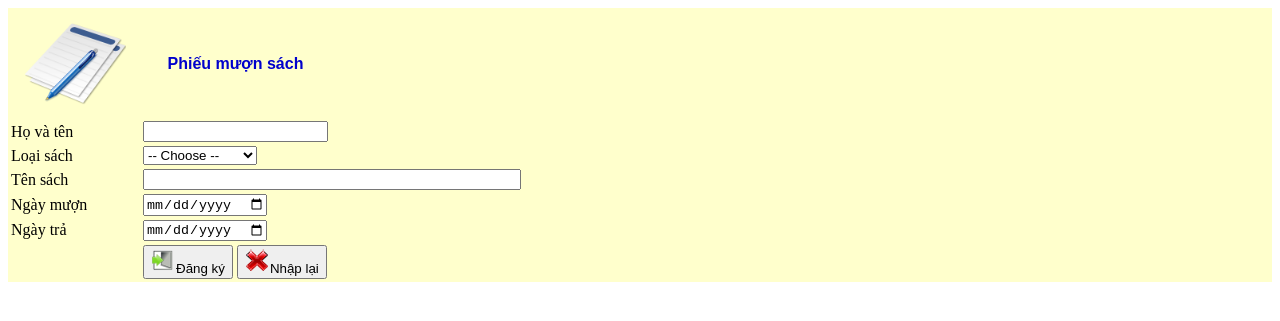
Repository: AnhDuc0125/HTML-Aptech
Page: bt2092-b2/index.html
The author's editor kept a copy of each file at every save. The page is drawn from the files as they stood at one save, then again after the next save.
The browser window is 1280 px wide. The pictures show the whole page.

Above is the page before, as saved 2021-12-03 20:44:02.

After the next save:
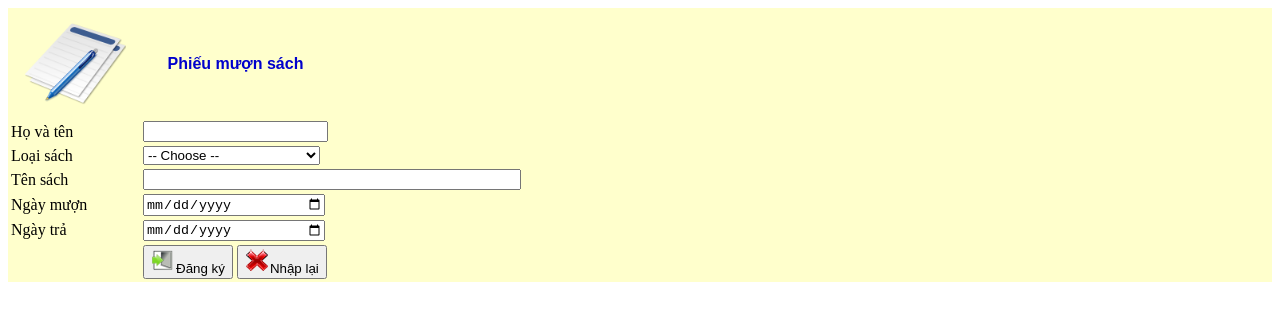
Saved 14 s later.
--- a/bt2092-b2/index.html
+++ b/bt2092-b2/index.html
@@ -24,7 +24,7 @@
                         </tr>
                         <tr>
                             <td><label for="sach">Loại sách</label></td>
-                            <td><select name="sach" id="book_id">
+                            <td><select class="width" name="sach" id="book_id">
                                 <option value="">-- Choose --</option>
                                 <option value="1">Trinh thám</option>
                                 <option value="2">Công nghệ</option>
@@ -37,11 +37,11 @@
                         </tr>
                         <tr>
                             <td><label for="date">Ngày mượn</label></td>
-                            <td><input type="date"></td>
+                            <td><input class="width" type="date"></td>
                         </tr>
                         <tr>
                             <td><label for="date1">Ngày trả</label></td>
-                            <td><input type="date"></td>
+                            <td><input class="width" type="date"></td>
                         </tr>
                         <tr>
                             <td></td>

After the save that followed:
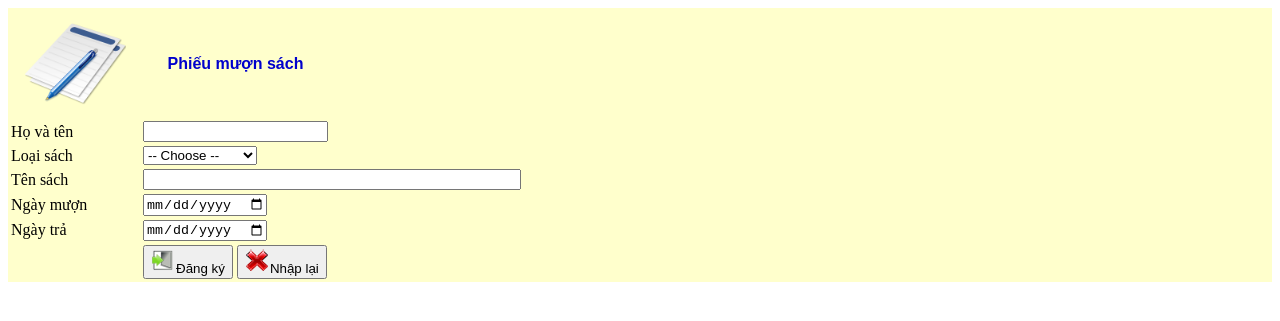
Saved 11 s later.
--- a/bt2092-b2/index.html
+++ b/bt2092-b2/index.html
@@ -24,7 +24,7 @@
                         </tr>
                         <tr>
                             <td><label for="sach">Loại sách</label></td>
-                            <td><select class="width" name="sach" id="book_id">
+                            <td><select name="sach" id="book_id">
                                 <option value="">-- Choose --</option>
                                 <option value="1">Trinh thám</option>
                                 <option value="2">Công nghệ</option>
@@ -37,11 +37,11 @@
                         </tr>
                         <tr>
                             <td><label for="date">Ngày mượn</label></td>
-                            <td><input class="width" type="date"></td>
+                            <td><input type="date"></td>
                         </tr>
                         <tr>
                             <td><label for="date1">Ngày trả</label></td>
-                            <td><input class="width" type="date"></td>
+                            <td><input type="date"></td>
                         </tr>
                         <tr>
                             <td></td>
